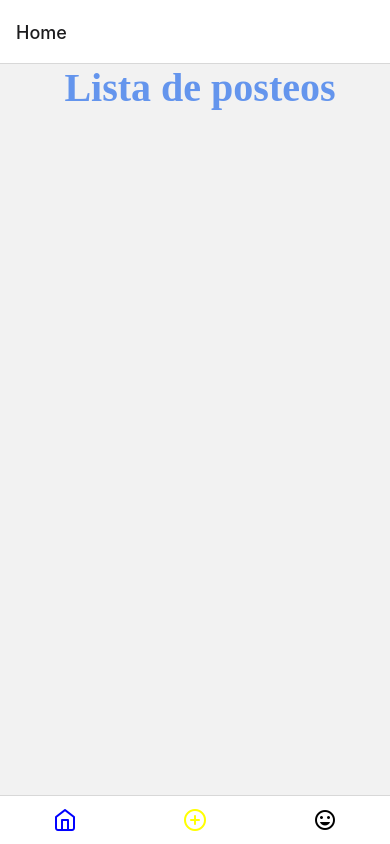
Repository: larafernandezo/finalprog3
Screen: /Menu
The author's editor kept a copy of each file at every save. The screen is drawn from the files as they stood at one save, then again after the next save.
The page's requests for data from a server got no answer. The app was drawn by React Native's web renderer in a window 390 px wide. The project was rebuilt for these pictures with package versions that can differ from the ones it lists, and the page was loaded fresh each time. No one was signed in, and anything a server would have sent is missing. Also part of the build but not shown: src/components/Camera.js, src/screens/Registro.js, src/components/Post.js, src/screens/MiPerfil.js, src/screens/NuevoPost.js, src/screens/Perfil.js.

Above is the screen before, as saved 2022-11-22 11:17:42.

After the next save:
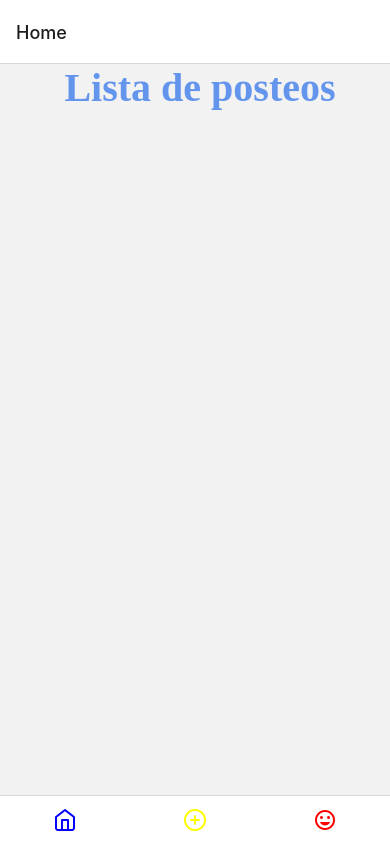
Saved 5 s later.
--- a/src/components/Menu.js
+++ b/src/components/Menu.js
@@ -14,7 +14,7 @@ function Menu () {
         <Tab.Navigator screenOptions = {{ tabBarShowLabel: false}}>
                 <Tab.Screen name = "Home" component={ Home } options ={ { tabBarIcon: () => <Feather name="home" size={24} color="blue" /> } }  />
             <Tab.Screen name = "Postear" component={ NuevoPost }  options ={{ tabBarIcon: () => <Feather name="plus-circle" size={24} color="yellow" /> }}/>
-            <Tab.Screen name = "Perfil" component={ MiPerfil } options={{ tabBarIcon: () => <MaterialIcons name="tag-faces" size={24} color="black" /> }}/>
+            <Tab.Screen name = "Perfil" component={ MiPerfil } options={{ tabBarIcon: () => <MaterialIcons name="tag-faces" size={24} color="red" /> }}/>
         </Tab.Navigator>
     );
 };
